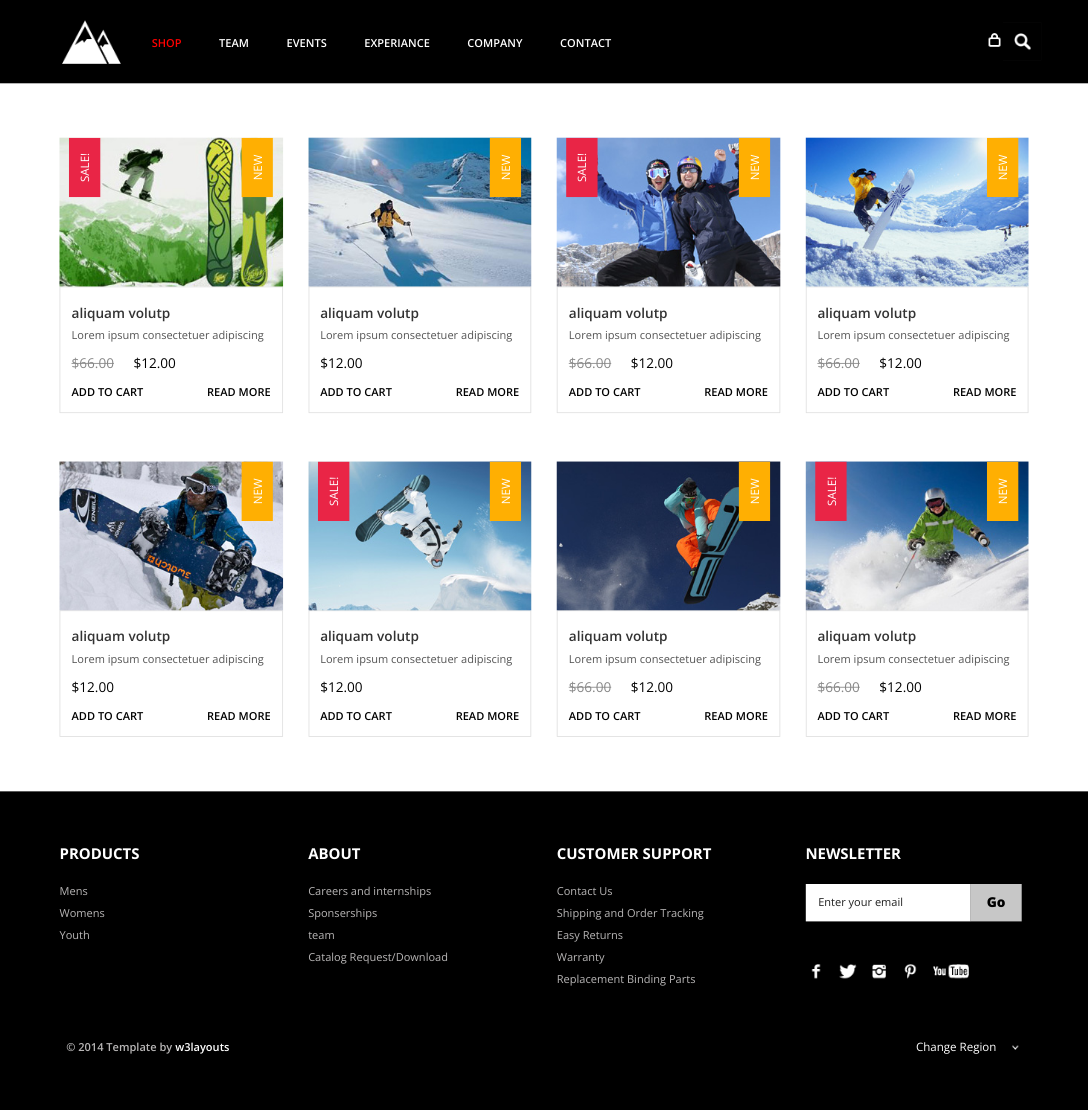
Repository: nder1996/Snowboarding
Page: shop.html
An editor plug-in stored every save of this project. The page is shown before and after a run of saves, followed by the edit.
The browser window is 1280 px wide. The pictures show the whole page, at 85% of full size.

Above is the page before, as saved 2021-11-23 15:15:00.

After the next 5 saves:
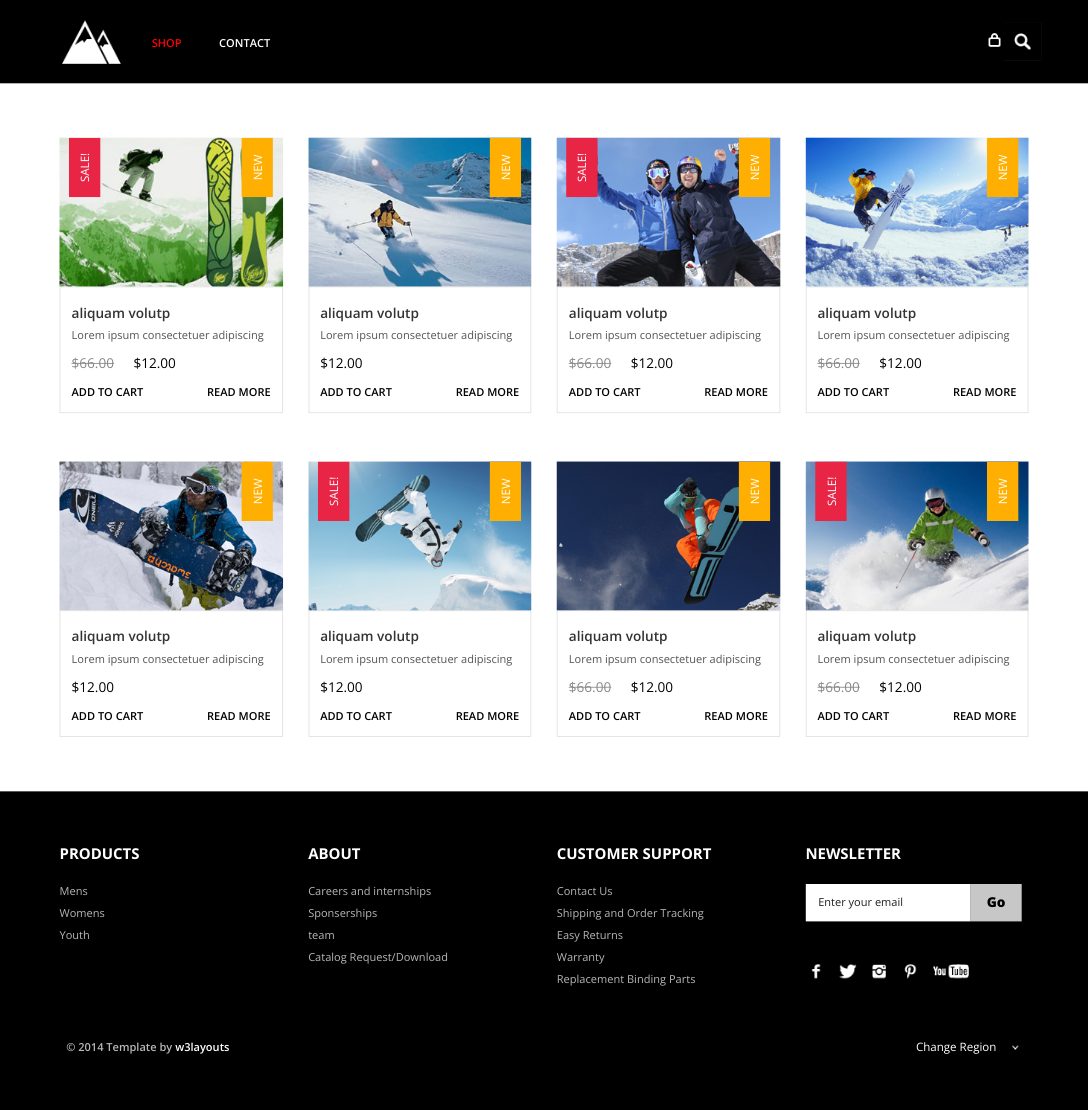
The 5 saves are shown as one change because they came seconds apart.
The last was saved 55 s later.
--- a/shop.html
+++ b/shop.html
@@ -60,10 +60,12 @@ License URL: http://creativecommons.org/licenses/by/3.0/
 						  <a class="toggleMenu" href="#"><img src="images/nav.png" alt="" /></a>
 						    <ul class="nav" id="nav">
 						    	<li class="current"><a href="shop.html">Shop</a></li>
+								<!--
 						    	<li><a href="team.html">Team</a></li>
 						    	<li><a href="experiance.html">Events</a></li>
 						    	<li><a href="experiance.html">Experiance</a></li>
 						    	<li><a href="shop.html">Company</a></li>
+								-->
 								<li><a href="contact.html">Contact</a></li>
 								<div class="clear"></div>
 							</ul>
